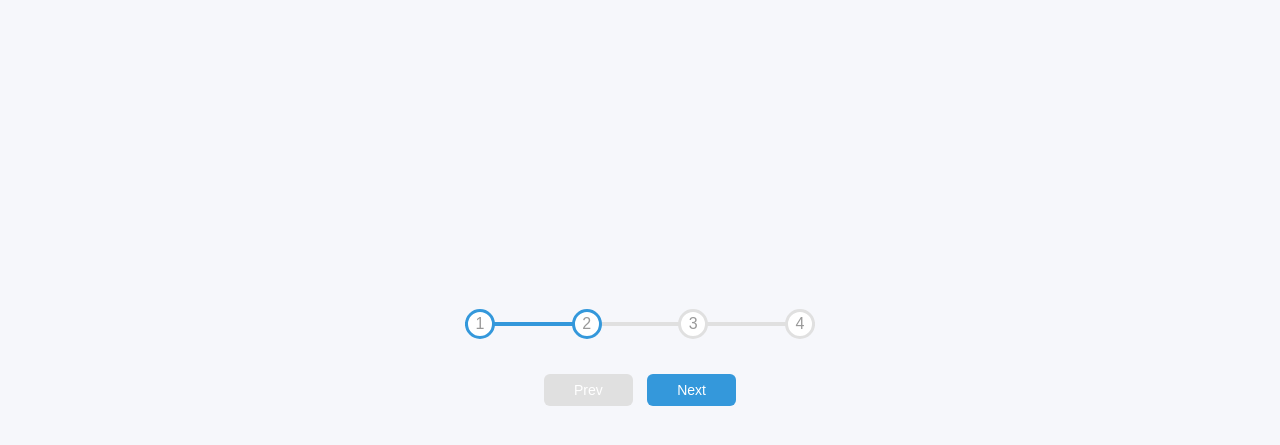
Repository: cyborgEneki/50Projects50Days
Page: progress_steps/index.html
An editor plug-in stored every save of this project. The page is shown before and after a run of saves, followed by the edit.
The browser window is 1280 px wide. The pictures show the whole page.
After loading, the first visible `#next` was clicked once.
Some web fonts or font styles are not loaded; a fallback is used.

Above is the page before, as saved 2021-01-02 15:41:52.

### progress_steps/index.html
<!DOCTYPE html>
<html lang="en">
<head>
    <meta charset="UTF-8">
    <meta name="viewport" content="width=device-width, initial-scale=1.0">
    <!-- <link rel="stylesheet" href="https://cdnjs.cloudflare.com/ajax/libs/font-awesome/5.15.1/css/all.min.css"
        integrity="sha512-+4zCK9k+qNFUR5X+cKL9EIR+ZOhtIloNl9GIKS57V1MyNsYpYcUrUeQc9vNfzsWfV28IaLL3i96P9sdNyeRssA=="
        crossorigin="anonymous" /> -->
    <link rel="stylesheet" href="style.css">
    <title>Progress Steps</title>
</head>
<body>
    <div class="container">
        <div class="progress-container">
            <div class="progress" id="progress"></div>
            <div class="circle active">1</div>
            <div class="circle">2</div>
            <div class="circle">3</div>
            <div class="circle">4</div>
        </div>

        <button class="btn" id="prev" disabled>Prev</button>
        <button class="btn" id="next">Next</button>
    </div>
    <script src="script.js"></script>
</body>
</html>

### progress_steps/style.css
@import url('https://fonts.googleapis.com/css?family=Muli&display=swap');

:root {
    --line-border-fill: #3498db;
    --line-border-empty: #e0e0e0;
}

* {
    box-sizing: border-box;
}

body {
    font-family: 'Muli', sans-serif;
    margin: 0;
    display: flex;
    align-items: center;
    justify-content: center;
    height: 100vh;
    overflow: hidden;
    background-color: #f6f7fb;
}

.container {
    text-align: center;
}

.progress-container {
    display: flex;
    justify-content: space-between;
    position: relative;
    margin-bottom: 30px;
    max-width: 100%;
    width: 350px;
}

.progress-container::before {
    content: '';
    background-color: var(--line-border-empty);
    position: absolute;
    top: 50%;
    left: 0;
    transform: translateY(-50%);
    height: 4px;
    width: 100%;
    z-index: -1;
}

.progress {
    background-color:var(--line-border-fill);
    position: absolute;
    top: 50%;
    left: 0;
    height: 4px;
    width: 0%;
    transform: translateY(-50%);
    z-index: -1;
    transition: .4s ease;
}

.circle {
    background-color: #fff;
    color: #999;
    border-radius: 50%;
    height: 30px;
    width: 30px;
    display: flex;
    align-items: center;
    justify-content: center;
    border: 3px solid var(--line-border-empty);
    transition: .4s ease;
}

.circle.active {
    border-color: var(--line-border-fill);
}

.btn {
    background-color: var(--line-border-fill);
    color: #fff;
    border: 0;
    border-radius: 6px;
    cursor: pointer;
    font-family: inherit;
    padding: 8px 30px;
    margin: 5px;
    font-size: 14px;
}

.btn.active {
    transform: scale(0.98);
}

.btn:focus {
    outline: 0;
}

.btn:disabled {
    background-color: var(--line-border-empty);
    cursor: not-allowed;
}

### progress_steps/script.js
const progress = document.getElementById('progress');
const prev = document.getElementById('prev');
const next = document.getElementById('next');
const circles = document.querySelectorAll('.circle');

let currentActive = 1;

next.addEventListener('click', () => {
    currentActive++;

    if(currentActive > circles.length) {
        currentActive = cicles.length;
    }

    update()
})

prev.addEventListener('click', () => {
    currentActive--;

    if(currentActive < 1) {
        currentActive = 1;
    }

    update()
})

function update() {
    circles.forEach((circle, index) => {
        if(index < currentActive) {
            circle.classList.add('active');
        } else {
            circle.classList.remove('active');
        }
    })

    const actives = document.querySelectorAll('.active');

    progress.style.width = ((actives.length -1) / (circles.length - 1)) * 100 + '%';

    if(currentActive === 1) {
        prev.disabled = true;
    } else if(currentActive === circles.length) {
        next.disabled = true;
    } else {

    }
}

After the next 4 saves:
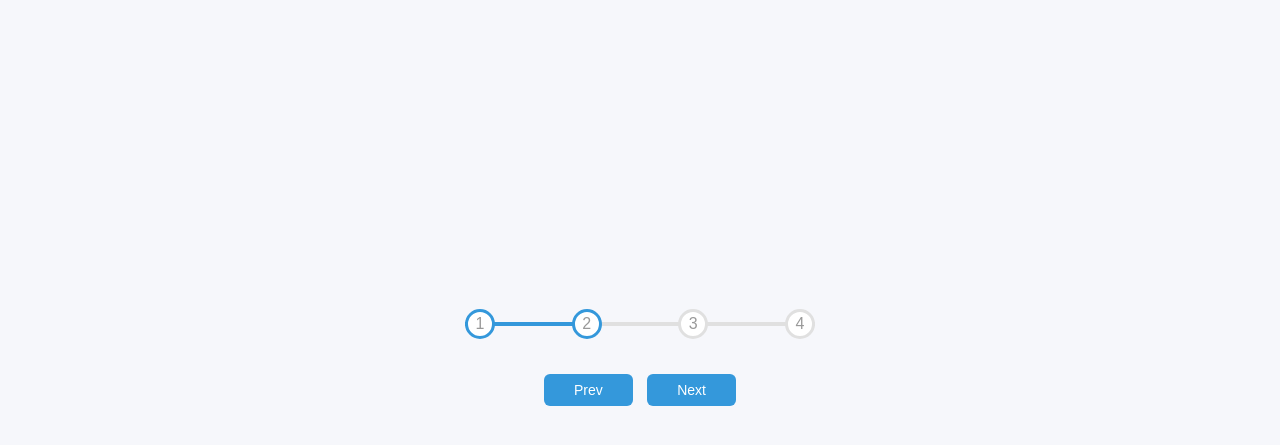
The 4 saves are shown as one change because they came seconds apart.
The last was saved 12 s later.
--- a/progress_steps/script.js
+++ b/progress_steps/script.js
@@ -43,6 +43,7 @@ function update() {
     } else if(currentActive === circles.length) {
         next.disabled = true;
     } else {
-
+        prev.disabled = false;
+        next.disabled = false;
     }
 }
